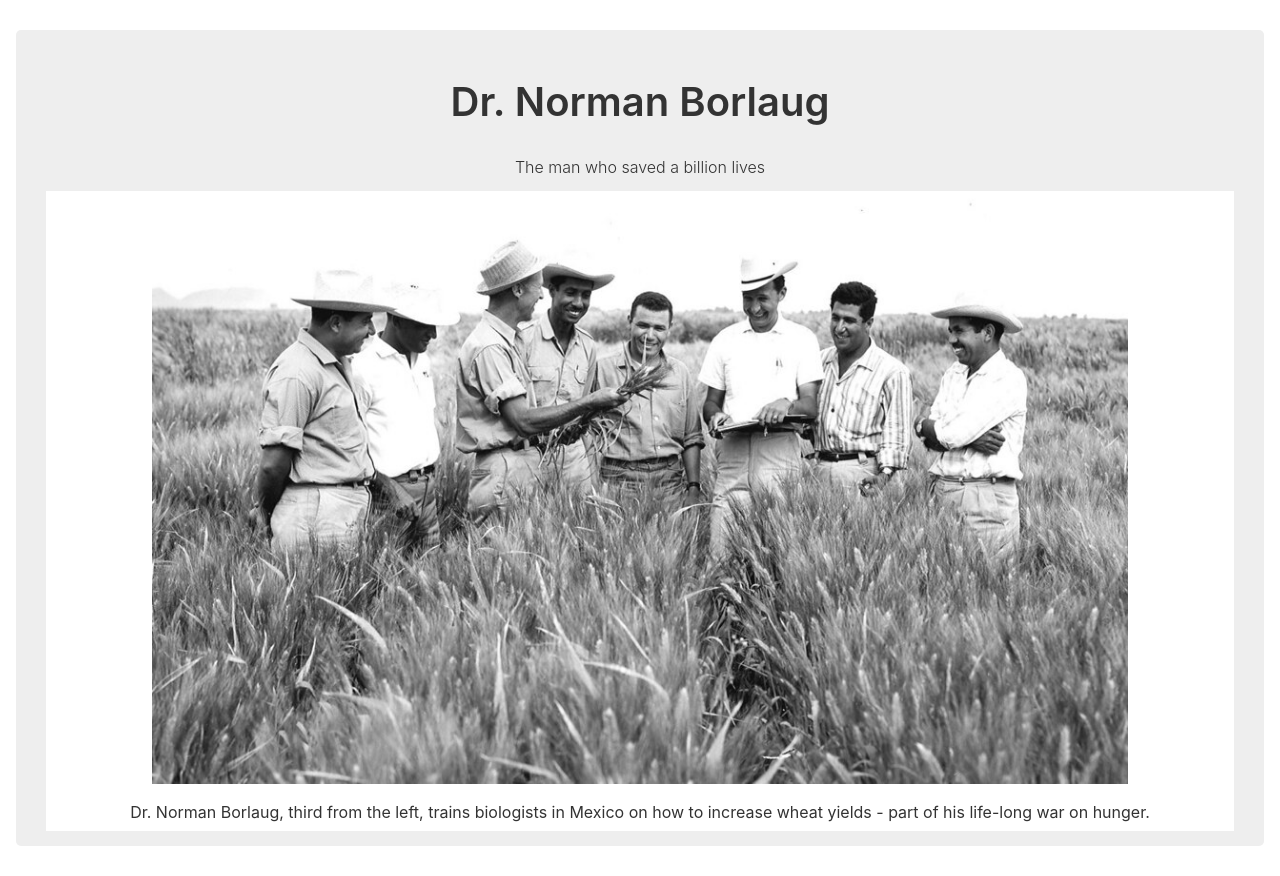
Repository: HTDuy01/github-demo
Page: freecodecamp/index.html
An editor plug-in stored every save of this project. The page is shown before and after the next save, followed by the edit.
The browser window is 1280 px wide. The pictures show the whole page.

Above is the page before, as saved 2021-11-17 20:26:10.

After the next save:
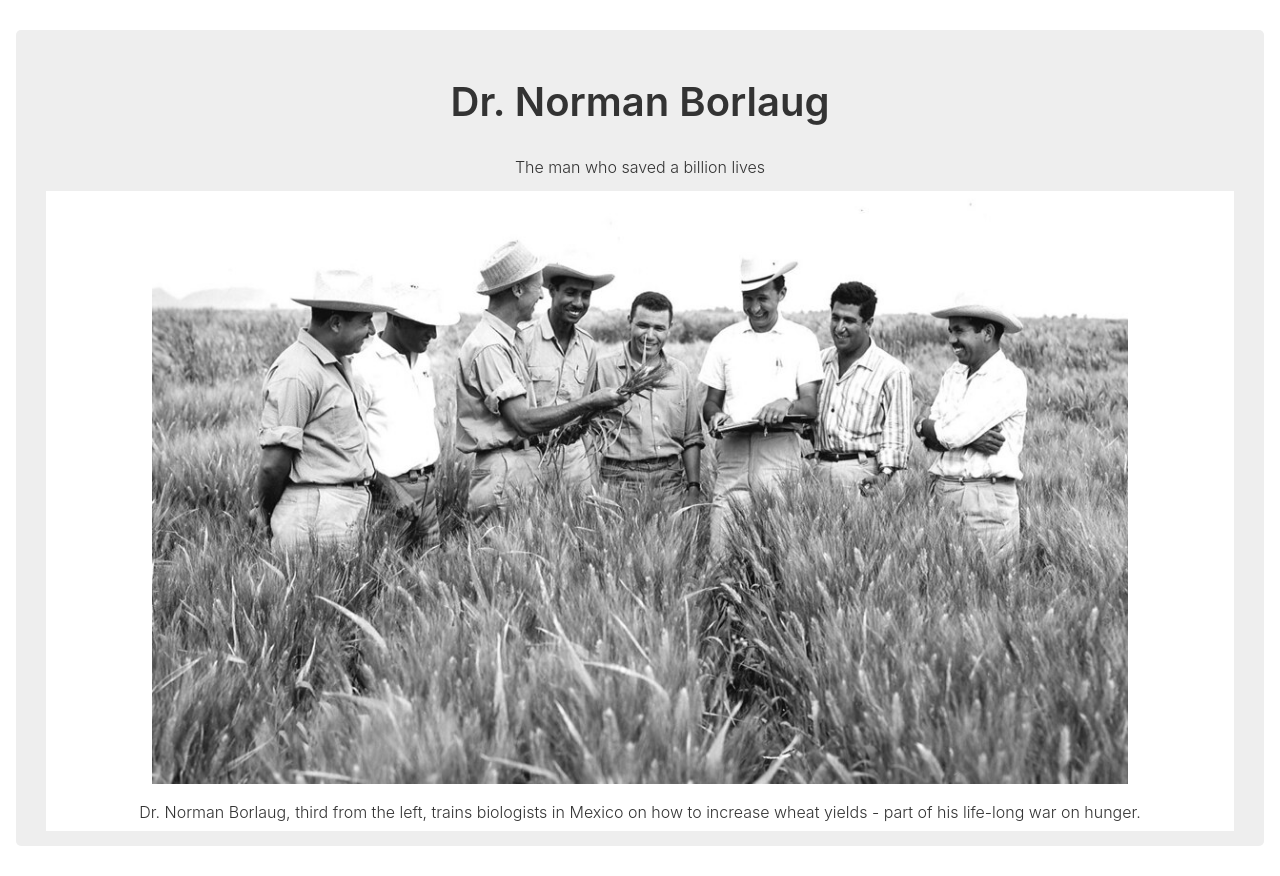
Saved 7 s later.
--- a/freecodecamp/assets/css/style.css
+++ b/freecodecamp/assets/css/style.css
@@ -40,5 +40,5 @@
 .content-img {
     font-size: 1.6rem;
     color: var(--color-header);
-    font-weight: 400;
+    font-weight: 300;
 }
